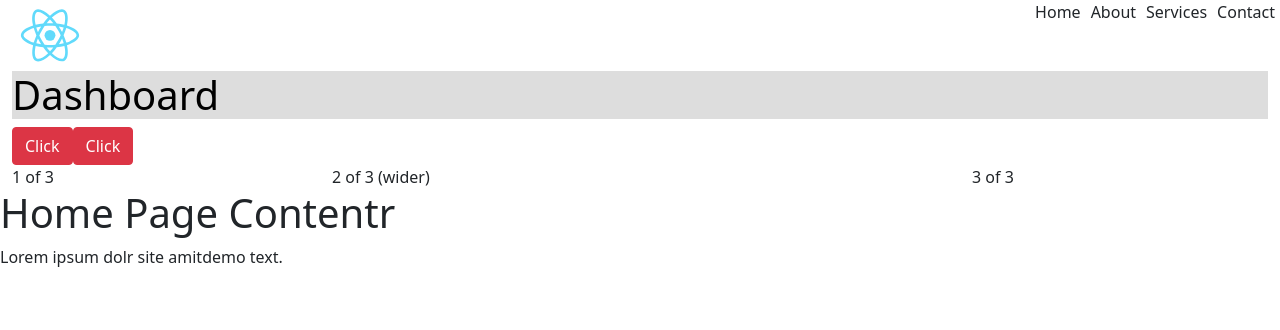
Repository: rudra319/react
Page: /
The author's editor kept a copy of each file at every save. The page is drawn from the files as they stood at one save, then again after a run of saves.
The browser window is 1280 px wide. The pictures show the whole page.
The project was rebuilt for these pictures with package versions that can differ from the ones it lists, and the page was loaded fresh each time. Also part of the build but not shown: src/App.css.

Above is the page before, as saved 2022-05-17 17:07:39.

After the next 2 saves:
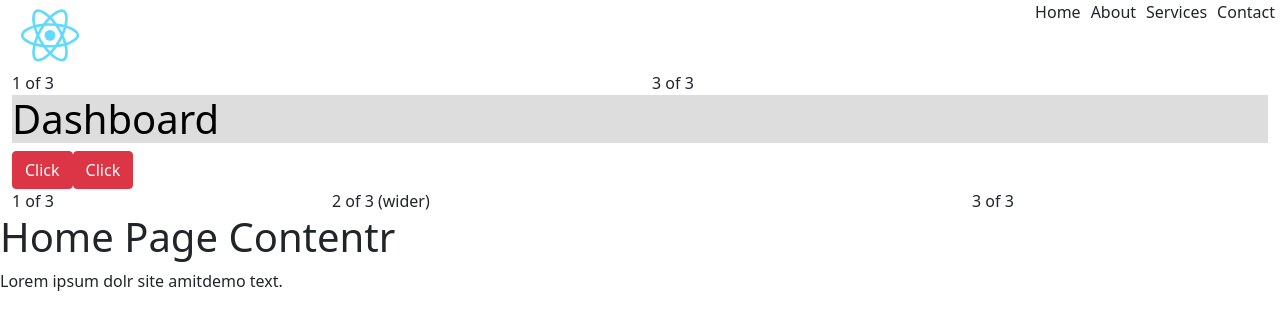
The 2 saves are shown as one change because 1 did not build or start.
The last was saved 62 s later.
--- a/src/App.js
+++ b/src/App.js
@@ -4,7 +4,7 @@
 import { useState } from 'react';
 import 'bootstrap/dist/css/bootstrap.min.css';
 import Dashboard from './pages/dashboard/Dashboard';
-
+import Chinmayee from './pages/dashboard/Chinmayee';
 function App1() {
   const [cPage, setCPage] = useState("home")
   //console.log(cPage)
@@ -13,6 +13,7 @@
       <div>
         <Header setCPage={setCPage} />
       </div>
+      <Chinmayee/>
       <Dashboard />
       {cPage !== "" && (cPage === 'home' || cPage === "Home") && (
         <>
